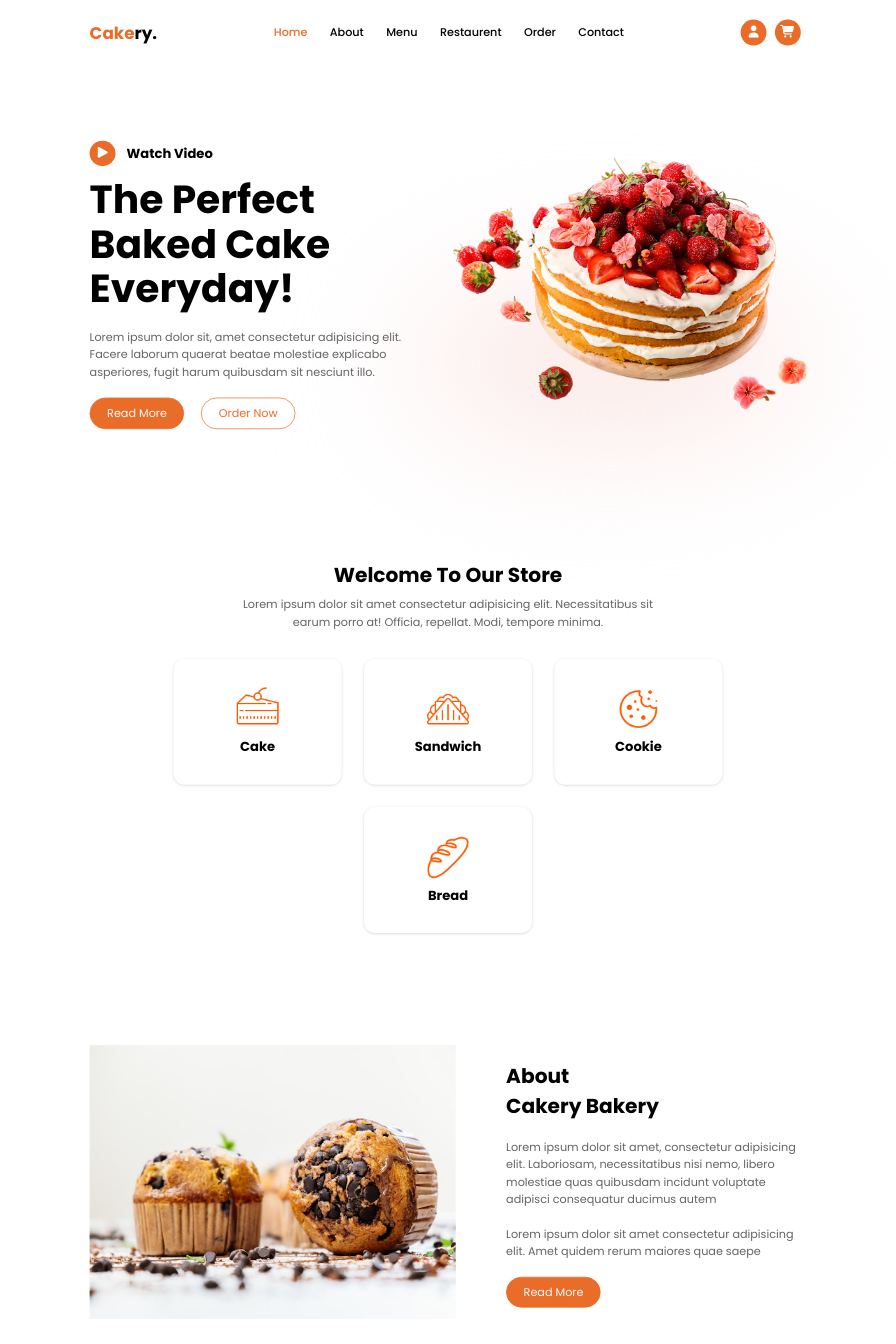
Repository: kingamirhosein100000-maker/cake.shop
Page: index.html
These files come from the project's save history. The page is drawn as it stood at one moment and after a run of saves; the edit follows.
The browser window is 1280 px wide. The pictures show the part of the page from y = 0 to 1920 px (the page is 5163 px tall), at 70% of full size.
A picture or video elsewhere on the page could not be fetched, so the positions and the page height are approximate. Some web libraries are served in a nearby version.

Above is the page before, as saved 2026-01-29 18:09:52.

After the next 3 saves:
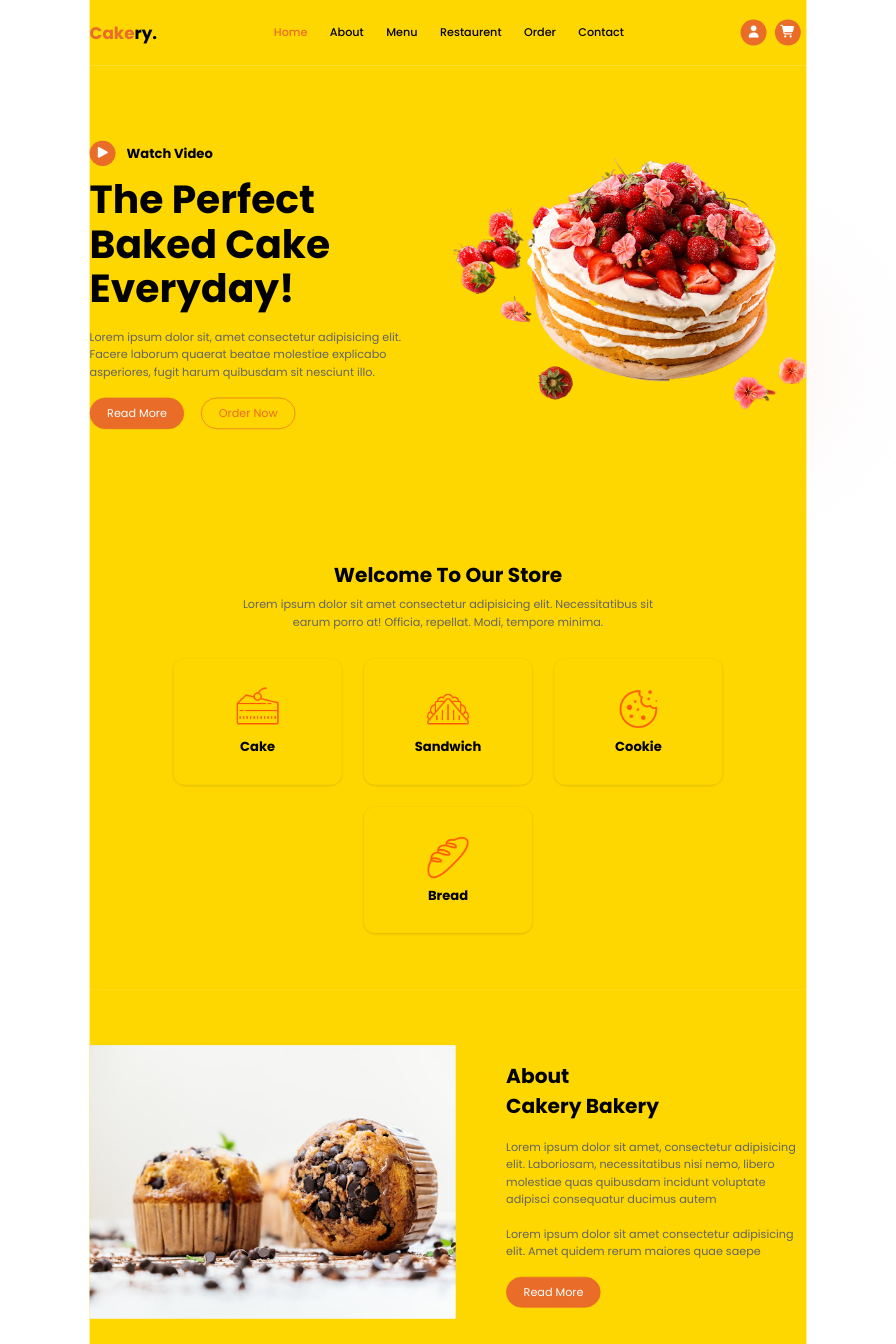
The 3 saves are shown as one change because they came seconds apart.
The last was saved 7 s later.
--- a/style.css
+++ b/style.css
@@ -345,4 +345,6 @@
 footer{
 background: red;
 }
-.con
+.container{
+    background: gold;
+}
